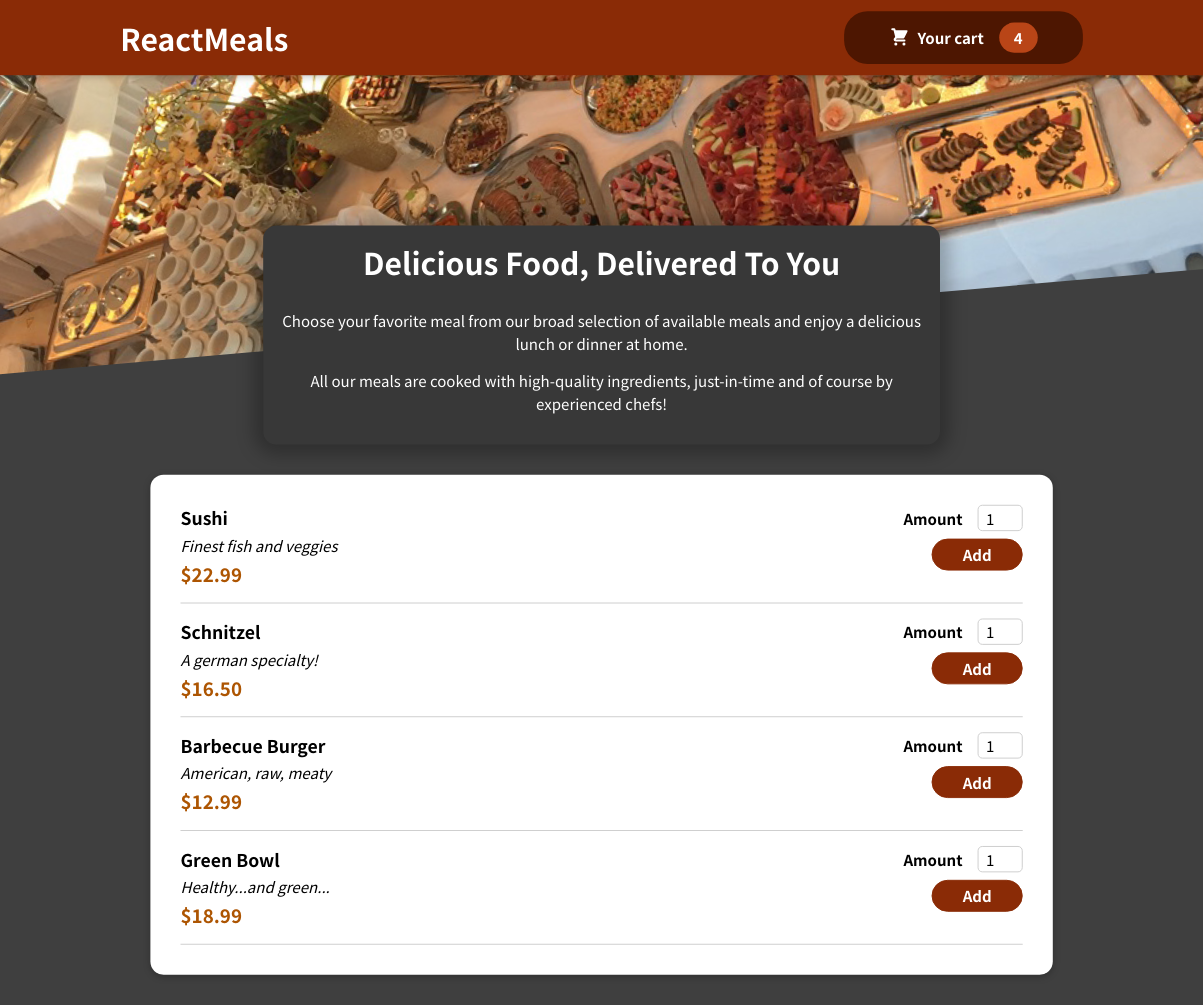
Repository: TonyHoukun-2022/React-foodApp-demo
Page: / (app in Desktop/REACT/React_FoodOrderApp/)
The author's editor kept a copy of each file at every save. The page is drawn from the files as they stood at one save, then again after the next save.
The browser window is 1280 px wide. The pictures show the whole page, at 94% of full size.
The project was rebuilt for these pictures with package versions that can differ from the ones it lists, and the page was loaded fresh each time.

Above is the page before, as saved 2021-12-05 17:48:06.

After the next save:
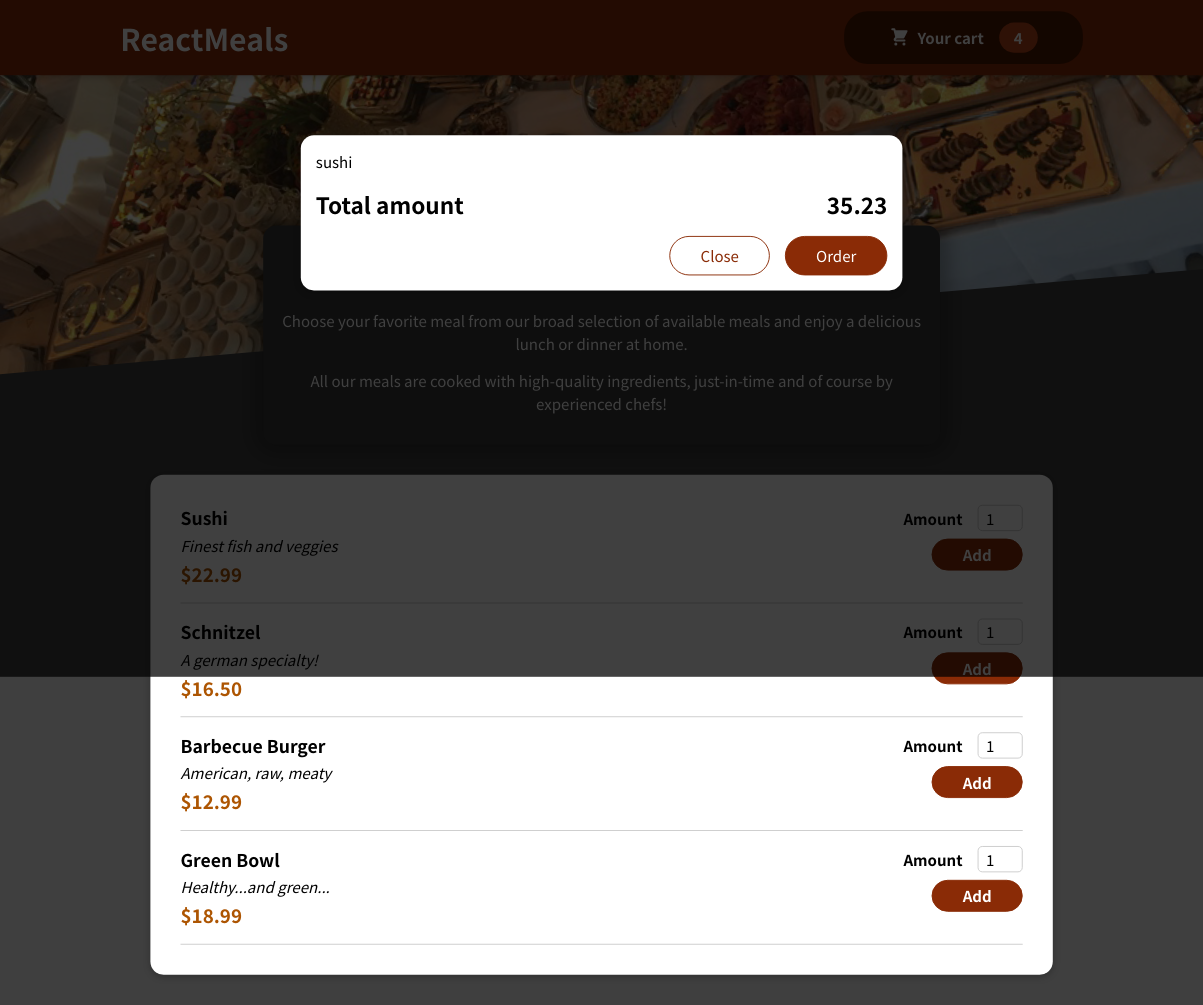
Saved 28 s later.
--- a/Desktop/REACT/React_FoodOrderApp/src/App.js
+++ b/Desktop/REACT/React_FoodOrderApp/src/App.js
@@ -5,6 +5,7 @@
 function App() {
   return (
     <>
+      <ShoppingCart></ShoppingCart>
       <Header></Header>
       <main>
         <Meals></Meals>

After the 3 saves that followed:
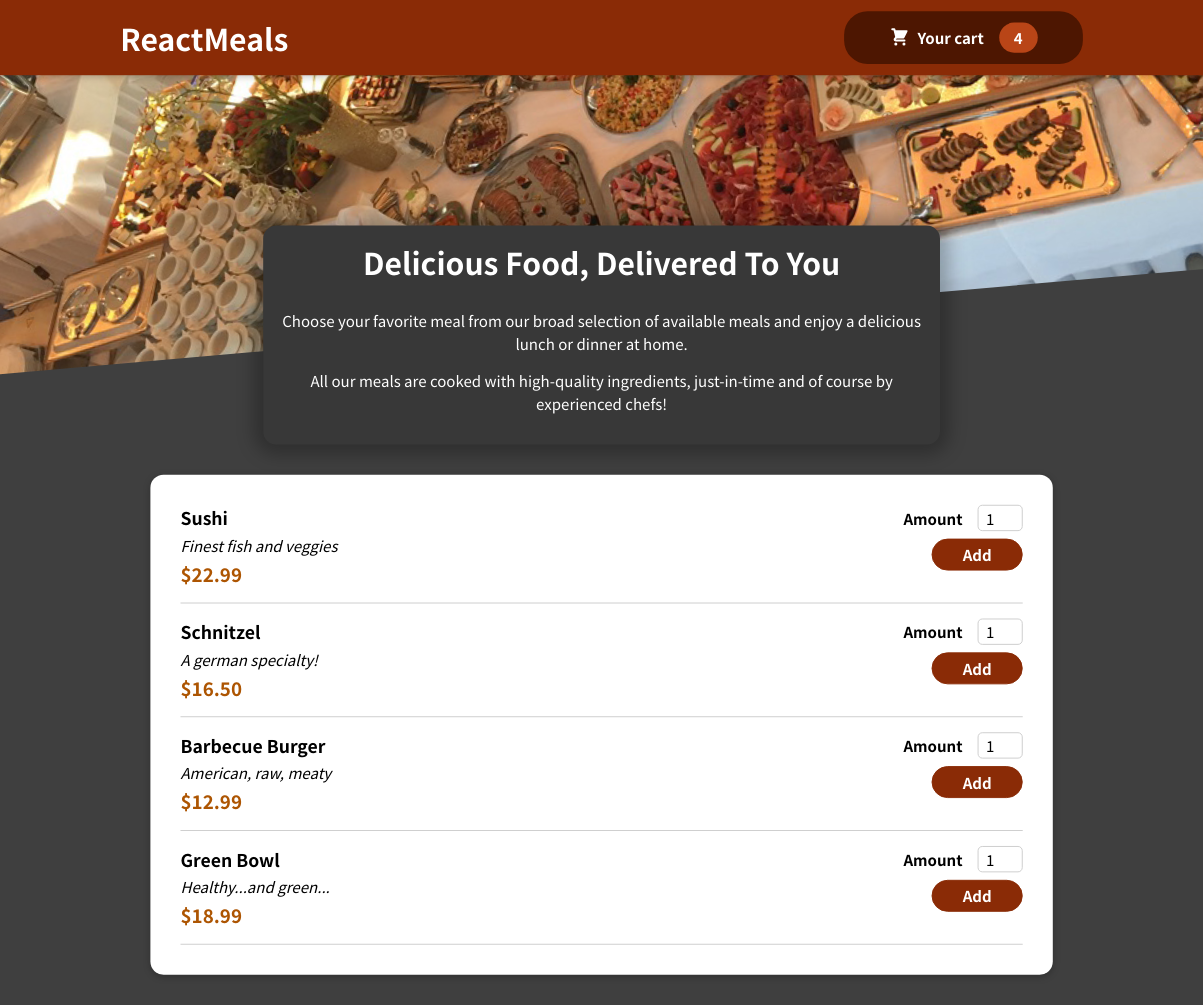
The 3 saves are shown as one change because 2 left the picture as it was.
The last was saved 14 min 53 s later.
--- a/Desktop/REACT/React_FoodOrderApp/src/App.js
+++ b/Desktop/REACT/React_FoodOrderApp/src/App.js
@@ -1,12 +1,17 @@
-import React from "react"
+import React,{useState} from "react"
 import Header from "./components/Layout/Header"
 import Meals from "./components/Meals/Meals"
 import ShoppingCart from "./components/Cart/ShoppingCart"
 function App() {
+  const [cartIsShown, setCartIsShown] = useState(false)
+  const showCartHandler = () => {
+    setCartIsShown(true)
+  }
+  const hideCartHandler = () => {}
   return (
     <>
-      <ShoppingCart></ShoppingCart>
-      <Header></Header>
+      {cartIsShown && <ShoppingCart></ShoppingCart> }
+      <Header on></Header>
       <main>
         <Meals></Meals>
       </main>
--- a/Desktop/REACT/React_FoodOrderApp/src/components/UI/Modal.js
+++ b/Desktop/REACT/React_FoodOrderApp/src/components/UI/Modal.js
@@ -16,6 +16,7 @@ const portalElements = document.getElementById("overlays")
 const Modal = (props) => {
     return (
         <>
+            {/* use Portal to move the Backdrop and Modaloverlay to root div #overlays in index.html */}
             {ReactDOM.createPortal(<Backdrop />, portalElements)}
             {ReactDOM.createPortal(<ModalOverlay>{props.children}</ModalOverlay>,portalElements)}
         </>
